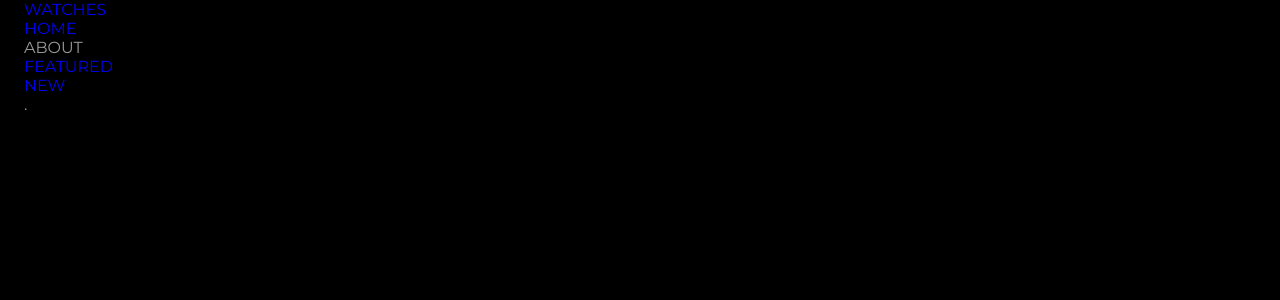
Repository: dinhhaidh/Responsive-wacthes-slider
Page: index.html
An editor plug-in stored every save of this project. The page is shown before and after a run of saves, followed by the edit.
The browser window is 1280 px wide. The pictures show the whole page.

Above is the page before, as saved 2024-03-05 18:03:42.

### index.html
<!DOCTYPE html>
<html lang="en">
<head>
    <meta charset="UTF-8">
    <meta name="viewport" content="width=device-width, initial-scale=1.0">

    <!--=============== FAVICON ===============-->
    <link rel="shortcut icon" href="assets/img/favicon.png" type="image/x-icon">

    <!--=============== REMIXICONS ===============-->
    <link rel="stylesheet" href="https://cdnjs.cloudflare.com/ajax/libs/remixicon/3.5.0/remixicon.css">

    <!--=============== SWIPER CSS ===============-->
    <link rel="stylesheet" href="./css/swiper-bundle.min.css">

    <!--=============== CSS ===============-->
    <link rel="stylesheet" href="./css/style.css">

    <title>Responsive wacthes website</title>
</head>
<body>
    <!--==================== HEADER ====================-->
    <header class="header" id="header">
        <nav class="nav container">
            <a href="#" class="nav__logo">WATCHES</a>

            <div class="nav__menu" id="nav-menu">
                <ul class="nav__list">
                    <li class="nav__item">
                        <a href="#" class="nav__link">HOME</a>
                    </li>
                    <li class="nav__item">
                        <a href="#" class="nav__link"></a>ABOUT</a>
                    </li>
                    <li class="nav__item">
                        <a href="#" class="nav__link">FEATURED</a>
                    </li>
                    <li class="nav__item">
                        <a href="#" class="nav__link">NEW</a>
                    </li>
                </ul>
                .
            </div>
        </nav>
    </header>

    <!--==================== MAIN ====================-->
    <main class="main">
        <!--==================== HOME ====================-->
        <section class="home">

        </section>
    </main>

    <!--=============== GSAP ===============-->
    <script src="./js/gsap.min.js"></script>

    <!--=============== SWIPER JS ===============-->
    <script src="./js/scrollreveal.min.js"></script>

    <script src="https://code.jquery.com/jquery-3.7.1.slim.min.js"></script>

    <!--=============== MAIN JS ===============-->
    <script src="./js/main.js"></script>
</body>
</html>

### css/style.css
/*=============== GOOGLE FONTS ===============*/
@import url("https://fonts.googleapis.com/css2?family=Montserrat:wght@400;600;700&display=swap");

/*=============== VARIABLES CSS ===============*/
:root {
    --header-height: 3.5rem;

    /*========== Colors ==========*/
    /*Color mode HSL(hue, saturation, lightness)*/
    --title-color: hsl(0, 0%, 100%);
    --text-color: hsl(0, 0%, 60%);
    --body-color: hsl(0, 0%, 0%);

    /*========== Font and typography ==========*/
    /*.5rem = 8px | 1rem = 16px ...*/
    --body-font: "Montserrat", sans-serif;
    --h1-font-size: 1.5rem;
    --h3-font-size: 1rem;
    --normal-font-size: .938rem;
    --small-font-size: .813rem;

    /*========== Font weight ==========*/
    --font-regular: 400;
    --font-semi-bold: 600;
    --font-bold: 700;

    /*========== z index ==========*/
    --z-tooltip: 10;
    --z-fixed: 100;
    }

/*========== Responsive typography ==========*/
@media screen and (min-width: 1152px) {
    :root {
        --h1-font-size: 2.25rem;
        --h3-font-size: 1.25rem;
        --normal-font-size: 1rem;
        --small-font-size: .875rem;
    }
}

/*=============== BASE ===============*/
* {
    box-sizing: border-box;
    padding: 0;
    margin: 0;
}

body {
    font-family: var(--body-font);
    font-size: var(--normal-font-size);
    background-color: var(--body-color);
    color: var(--text-color);
}

ul {
    list-style: none;
}

a {
    text-decoration: none;
}

img {
    display: block;
    max-width: 100%;
    height: auto;
}

/*=============== REUSABLE CSS CLASSES ===============*/
.container {
    max-width: 1120px;
    margin-inline: 1.5rem;
}

.main {
    overflow: hidden;
}

/*=============== HEADER & NAV ===============*/


/* Navigation for mobile devices */


/* Show menu */


/*=============== HOME ===============*/


/* Swiper class */


/*=============== SCROLL BAR ===============*/


/*=============== BREAKPOINTS ===============*/
/* For small devices */


/* For medium devices */


/* For large devices */


/* For taller devices */

Loaded but not shown: css/swiper-bundle.min.css (library); js/gsap.min.js (library); js/scrollreveal.min.js (library); js/main.js (no copy from this time; the picture is the same without it)

After the next 2 saves:
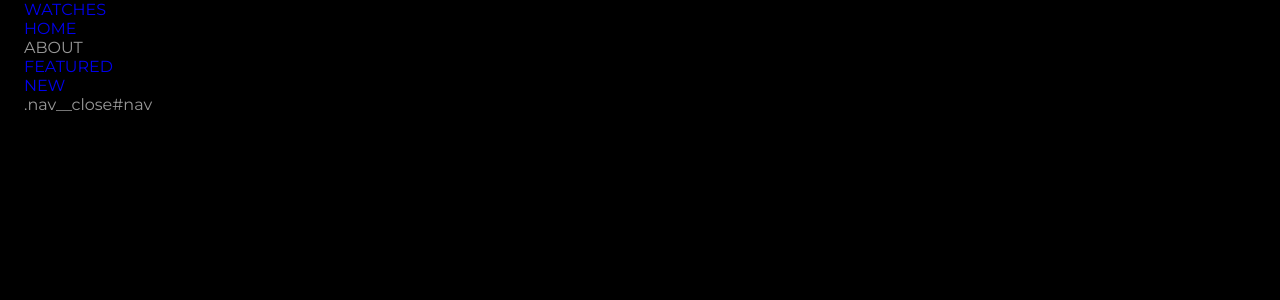
The 2 saves are shown as one change because they came seconds apart.
The last was saved 7 s later.
--- a/index.html
+++ b/index.html
@@ -39,7 +39,7 @@
                         <a href="#" class="nav__link">NEW</a>
                     </li>
                 </ul>
-                .
+                .nav__close#nav
             </div>
         </nav>
     </header>

After the save that followed:
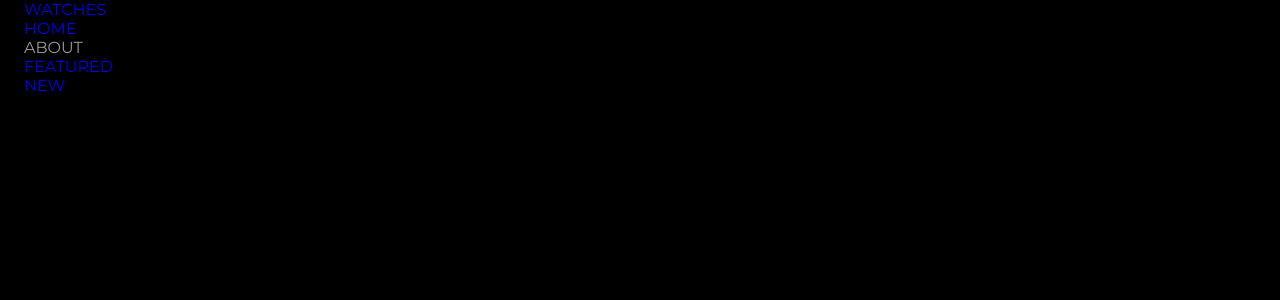
Saved 4 s later.
--- a/index.html
+++ b/index.html
@@ -39,7 +39,9 @@
                         <a href="#" class="nav__link">NEW</a>
                     </li>
                 </ul>
-                .nav__close#nav
+                <div class="nav__close" id="nav-close">
+
+                </div>
             </div>
         </nav>
     </header>
